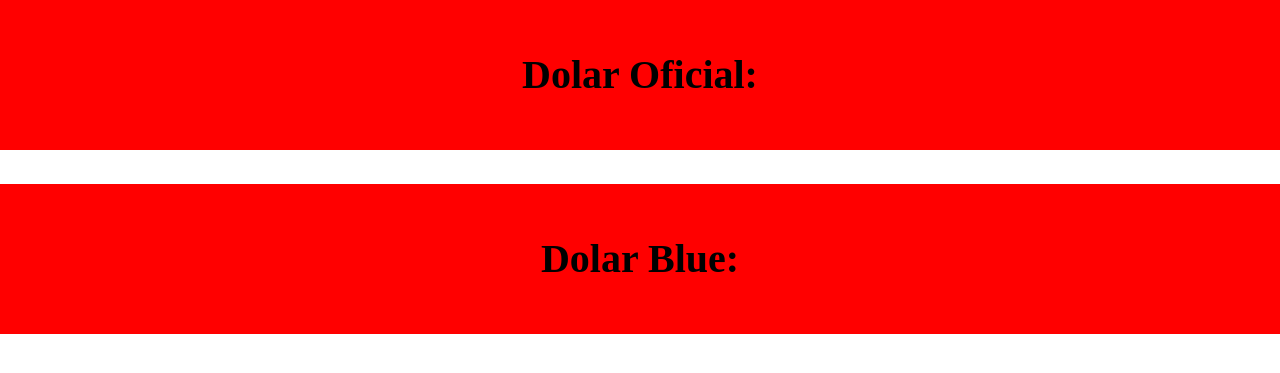
Repository: matias4633/Bill-Metal
Page: BillMetal/widget/BillMetal/index.html
The author's editor kept a copy of each file at every save. The page is drawn from the files as they stood at one save, then again after the next save.
The browser window is 1280 px wide. The pictures show the whole page.
The page's requests for data from a server got no answer.

Above is the page before, as saved 2022-07-15 02:08:20.
Console error (its wording comes from the project's code and is left out).

After the next save:
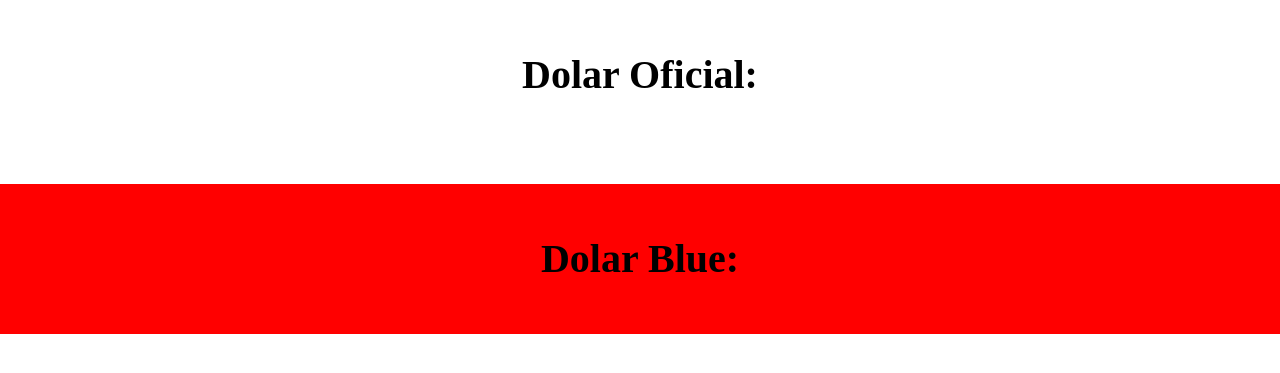
Saved 2 min 41 s later.
--- a/BillMetal/widget/BillMetal/css/style.css
+++ b/BillMetal/widget/BillMetal/css/style.css
@@ -26,6 +26,7 @@
     margin: 0;
     text-align: center;
     background: red
+    padding-bottom:25px;
 }
 #oficial {
     background: blue;

After the save that followed:
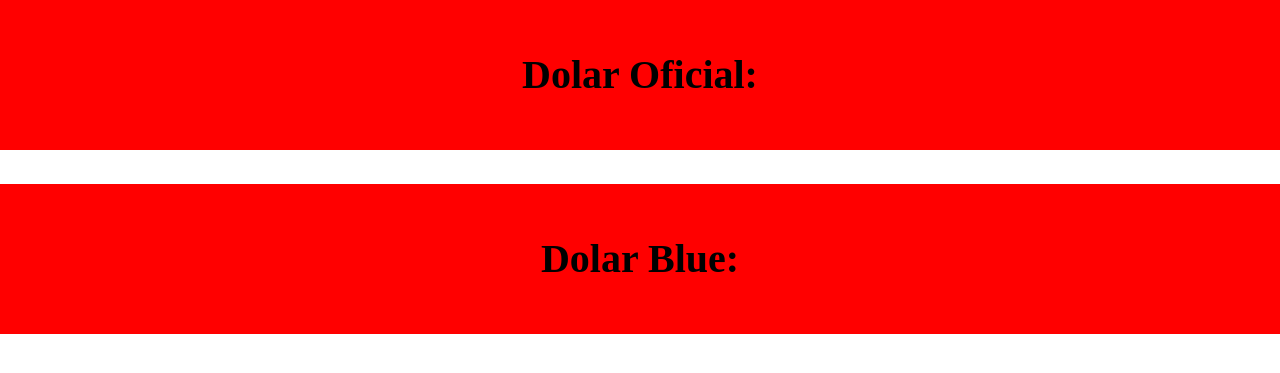
Saved 44 s later.
--- a/BillMetal/widget/BillMetal/css/style.css
+++ b/BillMetal/widget/BillMetal/css/style.css
@@ -26,7 +26,7 @@
     margin: 0;
     text-align: center;
     background: red
-    padding-bottom:25px;
+
 }
 #oficial {
     background: blue;
